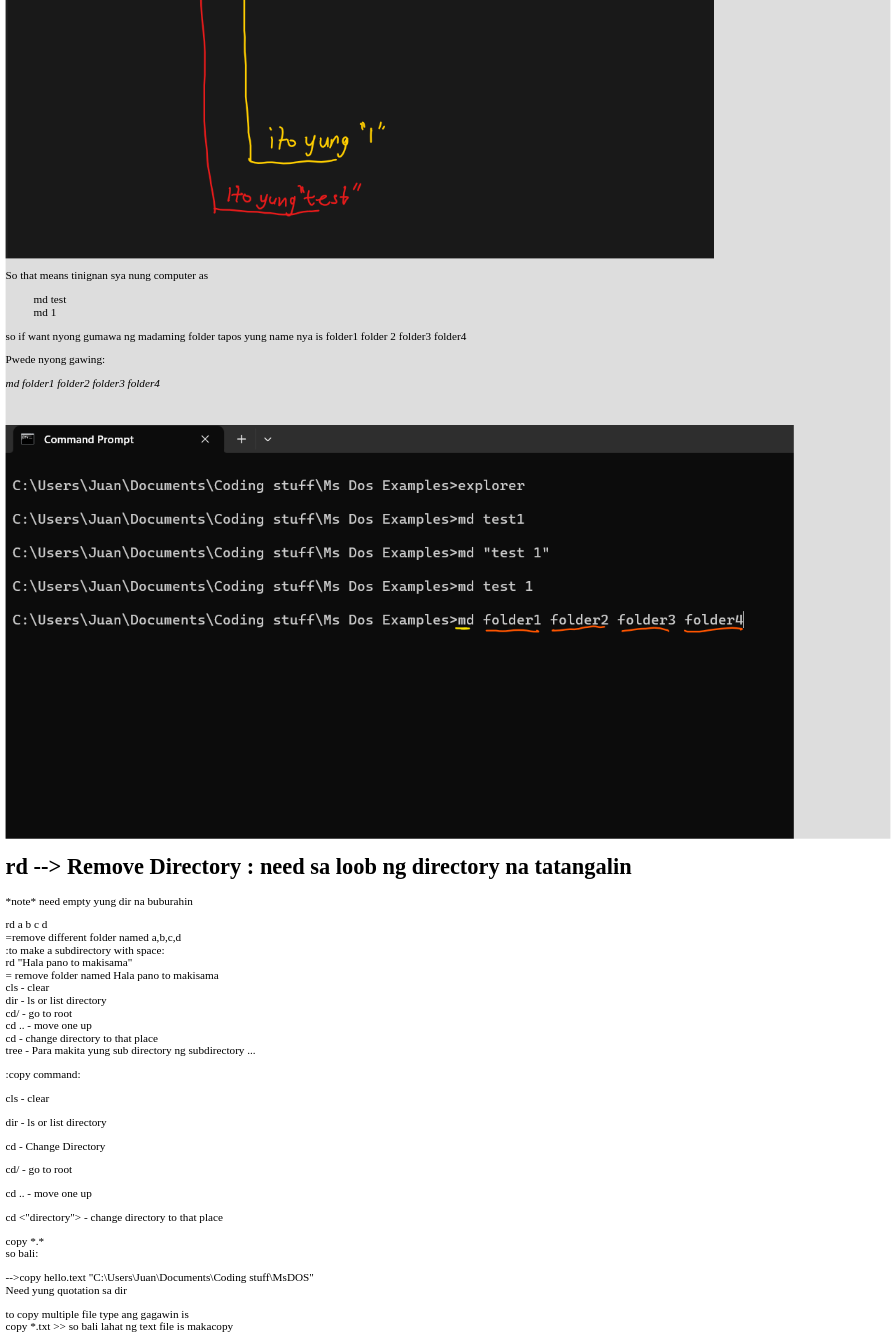
Repository: zwainer/Comprog
Page: index.html
The author's editor kept a copy of each file at every save. The page is drawn from the files as they stood at one save, then again after a run of saves.
The browser window is 1280 px wide. The pictures show the part of the page from y = 3773 to 5693 px (the page is 5693 px tall), at 70% of full size.

Above is the page before, as saved 2023-05-06 00:32:28.

After the next 4 saves:
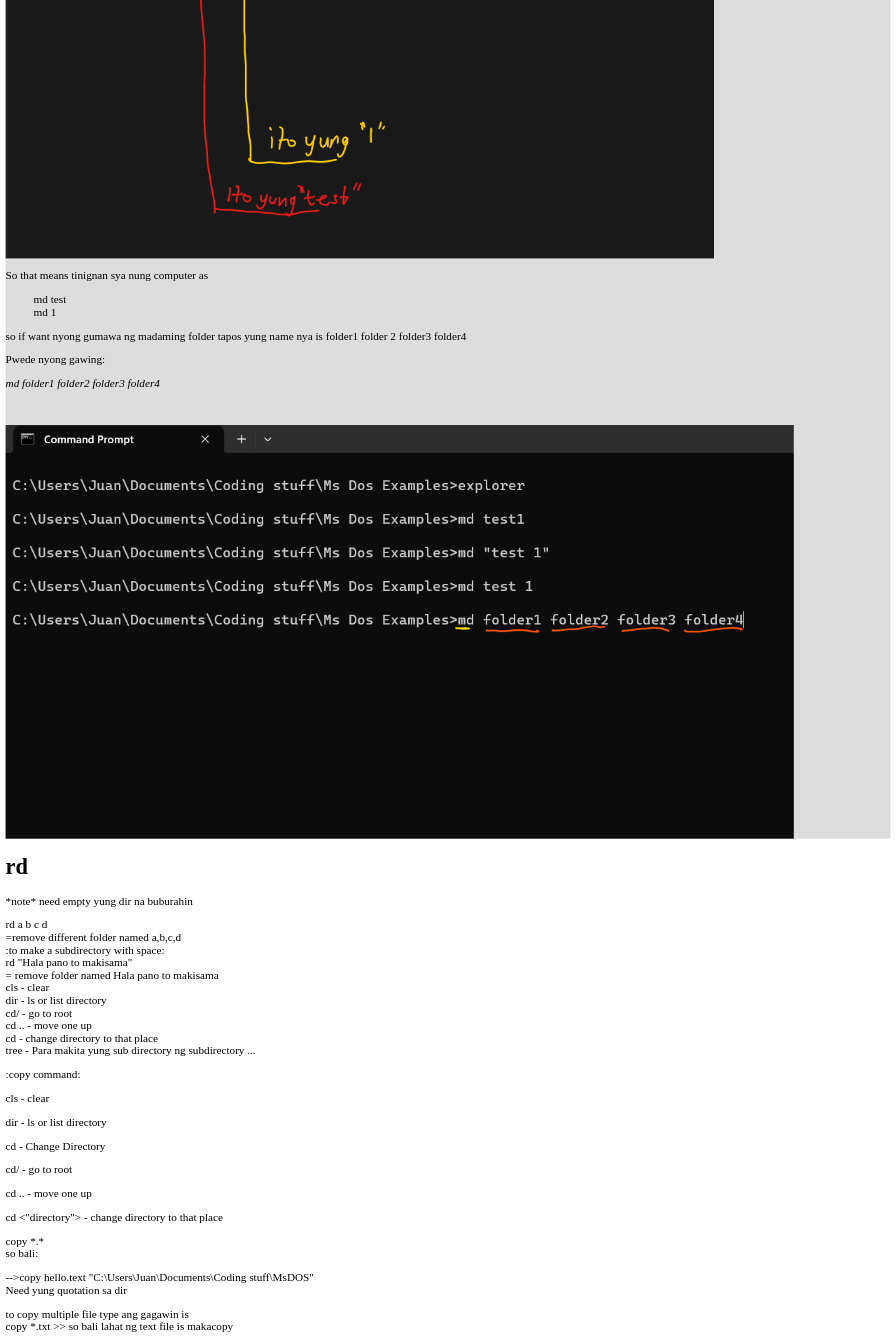
The 4 saves are shown as one change because they came seconds apart.
The last was saved 14 s later.
--- a/index.html
+++ b/index.html
@@ -98,9 +98,7 @@
 
 	<!-- remove naman ng directory na part -->
 	<div>
-		<h1>rd --> Remove Directory : need sa loob ng directory na tatangalin<br/>
-
-		</h1>
+		<h1>rd    <br/> </h1>
 
 
 				<p>
